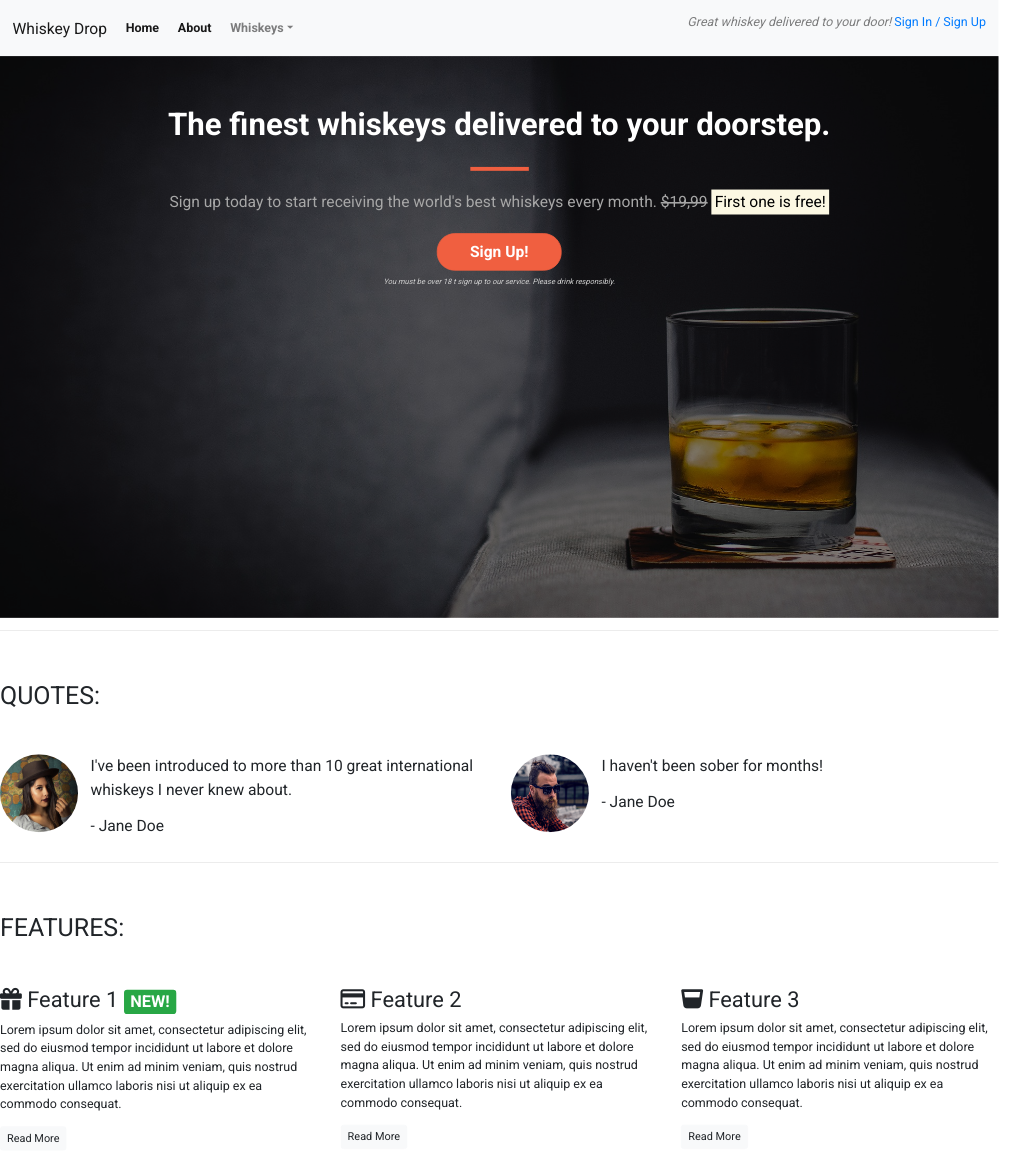
Repository: nitr-am/whiskey-project
Page: index.html
The author's editor kept a record of every edit. The page is drawn from the files as they stood at one moment, then again after the next edit.
The browser window is 1280 px wide. The page is 1295 px wide, so the pictures cover 1295 px, including what lies to the right of the window. The pictures show the whole page, at 78% of full size.
Backgrounds fixed to the window are drawn as part of the page. Some web libraries are served in a nearby version.

Above is the page before.

### index.html
<!DOCTYPE html>
<html lang="en-us">

<head>
    <meta charset="utf-8">
    <meta name="viewport" content="width=device-width, initial-scale=1.0">
    <title>Whiskey Drop | Taste a new whiskey every month</title>
    <link rel="stylesheet" href="https://maxcdn.bootstrapcdn.com/bootstrap/4.1.3/css/bootstrap.min.css">
    <script src="https://kit.fontawesome.com/079375249b.js"></script>
    <link href="https://fonts.googleapis.com/css?family=Roboto:400,700&display=swap" rel="stylesheet">
    <link rel="stylesheet" href="css/style.css" type="text/css" />
</head>

<body>
    <div class="container-fluid navalert-container">
    <nav class="navbar navbar-light bg-light navbar-expand-sm">
        <a href="#" class="navbar-brand">Whiskey Drop</a>

        <button class="navbar-toggler ml-auto" type="button" data-toggle="collapse" data-target="#navbarNavDropdown" aria-controls="navbarNavDropdown" aria-expanded="false" aria-label="Toggle navigation">
            <span class="navbar-toggler-icon"></span>
        </button>
        <div class="collapse navbar-collapse" id="navbarNavDropdown">
            <ul class="navbar-nav mr-auto">
                <li class="active nav-item mr-2"><a href="/" class="nav-link">Home</a></li>
                <li class="active nav-item mr-2"><a href="/about" class="nav-link">About</a></li>
                <li class="nav-item dropdown">
                    <a class="nav-link dropdown-toggle" href="#" id="navbarDropdownMenuLink" role="button" data-toggle="dropdown" aria-haspopup="true" aria-expanded="false">Whiskeys</a>

                    <div class="dropdown-menu" aria-labelledby="navbarDropdownMenuLink">
                        <a class="dropdown-item" href="#">Irish</a>
                        <a class="dropdown-item" href="#">Scotch</a>
                        <a class="dropdown-item" href="#">Japanese</a>
                        <a class="dropdown-item" href="#">American</a>
                    </div>
                </li>
                <li class="active nav-item mr-2 d-block d-sm-none"><a href="/login" class="nav-link">Sign In / Sign Up</a></li>
            </ul>
        </div>
        <div class="d-none d-md-block">
            <p class="navbar-text my_auto -mr-2"><i>Great whiskey delivered to your door!</i></p>
            <a href="/login">Sign In / Sign Up</a>
        </div>
    </nav>


    <!--
   <div class="container alert-container">
        <div class="row d-none d-sm-block">
            <div class="col-12">
                <div class="alert alert-warning"><strong>Sale Now On!</strong> We've got a sale on. Get a 12-month subscription for the price of 6! <a href="#">See here for details!</a>
                </div>
            </div>
        </div>
    </div>
    -->


    <!-- Callout -->
    <div class="container-fluid callout-container">
        <div class="opaque-overlay">
            <div class="row">
                <div class="col-12">
                    <section class="callout jumbotron text-center">
                        <h1 class="jumbotron-header">The finest whiskeys delivered to your doorstep.</h1>
                        <hr class="block-divider block-divider--orange">
                        <p class="lead">Sign up today to start receiving the world's best whiskeys every month.
                            <s class="d-none d-sm-inline">$19,99</s>
                            <span class="d-inline d-sm-none"><br></span>
                            <strong><mark>First one is free!</mark></strong></p>
                        <button class="btn btn-lg btn--cta btn--red" data-toggle="modal" data-target="#signUpModal">Sign Up!</button>
                        <p class="text-muted "><small>You must be over 18 t sign up to our service. Please drink responsibly.</small></p>
                    </section>
                </div>
            </div>
        </div>
    </div>
    <!-- /.callout -->
    <hr>


    <!-- Quotes -->
    <div class="quotes-container">
        <section class="quotes ">
            <div class="row ">
                <div class="col-12 my-5">
                    <h2 class="text-uppercase">Quotes:</h2>
                </div>
            </div>
            <div class="row ">
                <div class="col-12 col-md-6">
                    <div class="media">
                        <div class="d-none d-sm-block">
                            <img src="images/girl-image.png" class="rounded-circle mr-3" height=100 width=100>
                        </div>
                        <div class="media-body">
                            <blockquote class="blockquote ">
                                <p>I've been introduced to more than 10 great international whiskeys I never knew about.</p>
                                <p>- Jane Doe</p>
                            </blockquote>
                        </div>
                    </div>
                </div>
                <div class="col-12 col-md-6 ">
                    <div class="media">
                        <div class="d-none d-sm-block">
                            <img src="images/guy-image.png" class="rounded-circle mr-3" height=100 width=100>
                        </div>
                        <div class="media-body">
                            <blockquote class="blockquote ">
                                <p>I haven't been sober for months!</p>
                                <p>- Jane Doe</p>
                            </blockquote>
                        </div>
                    </div>
                </div>
        </section>
        </div>
        <!-- /.quotes -->
        <hr>


        <!-- Features -->
        <div class="features-container">
            <section class="features ">
                <div class="row ">
                    <div class="col-12 my-5">
                        <h2 class="text-uppercase ">Features:</h2>
                    </div>
                </div>
                <div class="row ">
                    <div class="col-12 col-md-6 col-lg-4 ">
                        <div class="feature ">
                            <h3><i class="fas fa-gift d-none d-sm-inline"></i> Feature 1 <span class="badge badge-success">NEW!</span></h3>
                            <p>Lorem ipsum dolor sit amet, consectetur adipiscing elit, sed do eiusmod tempor incididunt ut labore et dolore magna aliqua. Ut enim ad minim veniam, quis nostrud exercitation ullamco laboris nisi ut aliquip ex ea commodo consequat.
                            </p>
                            <p><a class="btn btn-sm btn-light " href=" ">Read More</a></p>
                        </div>
                    </div>
                    <div class="col-12 col-md-6 col-lg-4 ">
                        <div class="feature ">
                            <h3><i class="far fa-credit-card d-none d-sm-inline"></i> Feature 2</h3>
                            <p>Lorem ipsum dolor sit amet, consectetur adipiscing elit, sed do eiusmod tempor incididunt ut labore et dolore magna aliqua. Ut enim ad minim veniam, quis nostrud exercitation ullamco laboris nisi ut aliquip ex ea commodo consequat.
                            </p>
                            <p><a class="btn btn-sm btn-light " href=" ">Read More</a></p>
                        </div>
                    </div>
                    <div class="col-12 d-md-none d-lg-block col-lg-4 ">
                        <div class="feature ">
                            <h3><i class="fas fa-glass-whiskey d-none d-sm-inline"></i> Feature 3</h3>
                            <p>Lorem ipsum dolor sit amet, consectetur adipiscing elit, sed do eiusmod tempor incididunt ut labore et dolore magna aliqua. Ut enim ad minim veniam, quis nostrud exercitation ullamco laboris nisi ut aliquip ex ea commodo consequat.
                            </p>
                            <p><a class="btn btn-sm btn-light " href=" ">Read More</a></p>
                        </div>
                    </div>
                </div>
            </section>
        </div>
        <!-- /.features -->

        <div class="modal" tabindex="-1" role="dialog" id="signUpModal">
            <div class="modal-dialog" role="document">
                <div class="modal-content">
                    <div class="modal-header">
                        <h5 class="modal-title">Sign Up To Whiskey Drop!</h5>
                        <button type="button" class="close" data-dismiss="modal" aria-label="Close">
          <span aria-hidden="true">&times;</span>
        </button>
                    </div>
                    <div class="modal-body">
                        <p>
                            <form>
                                <div class="form-group">
                                    <label for="exampleInputEmail1">Email address</label>
                                    <input type="email" class="form-control" id="exampleInputEmail1" aria-describedby="emailHelp" placeholder="Enter email">
                                    <small id="emailHelp" class="form-text text-muted">We'll never share your email with anyone else.</small>
                                </div>
                                <div class="form-group">
                                    <label for="password">Password</label>
                                    <input type="password" class="form-control" id="password" placeholder="Password">
                                </div>
                                <div class="form-group">
                                    <label for="repeatPassword"> Repeat Password</label>
                                    <input type="password" class="form-control" id="repeatPassword" placeholder="Repeat Password">
                                </div>

                                <button type="submit" class="btn btn-success">Submit</button>
                            </form>
                        </p>
                    </div>
                </div>
            </div>
        </div>


        <script src="https://code.jquery.com/jquery-3.3.1.slim.min.js" integrity="sha384-q8i/X+965DzO0rT7abK41JStQIAqVgRVzpbzo5smXKp4YfRvH+8abtTE1Pi6jizo" crossorigin="anonymous"></script>
        <script src="https://cdnjs.cloudflare.com/ajax/libs/popper.js/1.14.7/umd/popper.min.js" integrity="sha384-UO2eT0CpHqdSJQ6hJty5KVphtPhzWj9WO1clHTMGa3JDZwrnQq4sF86dIHNDz0W1" crossorigin="anonymous"></script>
        <script src="https://stackpath.bootstrapcdn.com/bootstrap/4.3.1/js/bootstrap.min.js" integrity="sha384-JjSmVgyd0p3pXB1rRibZUAYoIIy6OrQ6VrjIEaFf/nJGzIxFDsf4x0xIM+B07jRM" crossorigin="anonymous"></script>
</body>

</html>

### css/style.css
body {
    font-family: "Roboto", sans-serif;
}

.callout-container {
    height: 100vh;

    background: url("../images/whiskey-background.jpg") no-repeat bottom right fixed;
    -webkit-background-size: cover;
    -moz-background-size: cover;
    -o-background-size: cover;
    background-size: cover;

    display: flex;
    align-items: center;
    justify-content: center;

    position:relative;
}

.opaque-overlay {
    position: absolute;
    top: 0;
    left: 0;
    height: 100%;
    width: 100%;
    background-color: rgba(0, 0, 0, 0.5);
}

.quotes-container {}

.features-container {}

/* Block dividers */

.block-divider {
    width:75px;
    height:5px;
    border:0;
    background-color:#444;
}

.block-divider--orange {
    background-color: #f05f40;
}

.block-divider--short {
    width: 35px;
}

/* Navbar */

.navalert-container {
    position: absolute;
    top: 0;
    left: 0;
    z-index: 1;
    padding-left: 0;
    padding-right: 0;
}

.navbar {
    margin-bottom: 0;
    width: 100%;
    background-color: rgba(0, 0, 0, .25);
    border: 0;
}

.navbar .navbar-toggler {
    border:0;
}

.navbar-dark .navbar-brand {
    font-weight: bold;
}

.navbar .navbar-nav a {
    font-weight: bold;
}

.alert-container .col-12 {
    padding-left: 0;
    padding-right: 0;
}

.site-wide-alert {
    color: #544600;
    padding: 5px 15px;
    margin-bottom: 0;
    border: 1px solid transparent;
    border-radius: 0;
    background-color: #eec802;
    border-color: #eec802;
}

/* Jumbotrons */

.jumbotron {
    background-color: transparent;
}

.jumbotron h1 {
    color:white;
    font-weight: bold;
    margin-bottom: 30px;
}
.jumbotron .lead {
    margin:25px 0;
    color: #a7a7a7;
}
.jumbotron small {
    font-size:60%;
    font-style: italic;
    color: #d0d0d0;
}

/* Buttons */

.btn--cta {
    font-weight: bold;
    border-radius:23px;
    width:160px;
}
.btn--red {
    color:white;
    background-color: #f05f40;
    border-color:#f05f40;
}

.btn--red:hover,
.btn--red:active,
.btn--red:focus,
.btn--red:active:focus {
    background-color: #df4929;
    border-color: #df4929;
    color: white;
}

After the next edit:
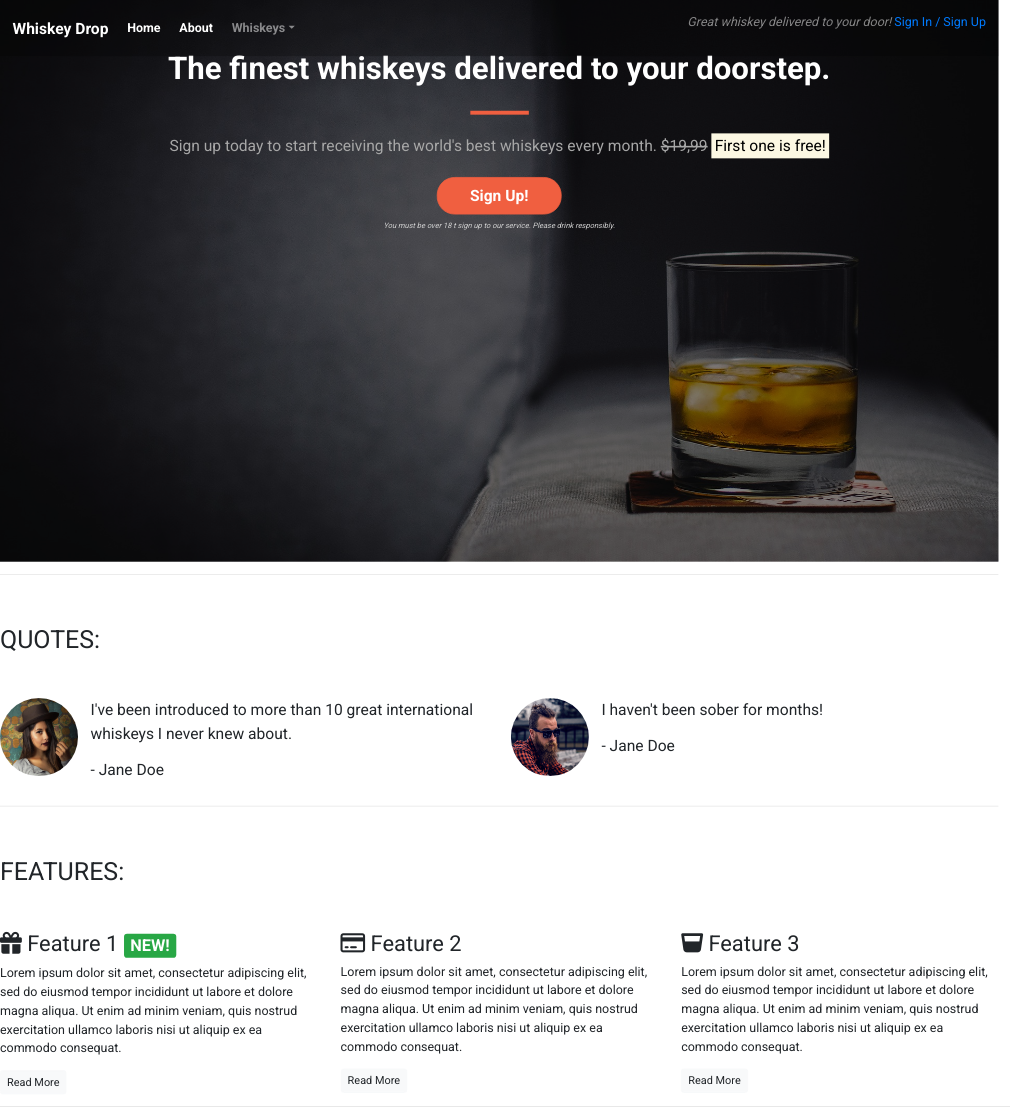
The edit:
--- a/index.html
+++ b/index.html
@@ -13,34 +13,35 @@
 
 <body>
     <div class="container-fluid navalert-container">
-    <nav class="navbar navbar-light bg-light navbar-expand-sm">
-        <a href="#" class="navbar-brand">Whiskey Drop</a>
-
-        <button class="navbar-toggler ml-auto" type="button" data-toggle="collapse" data-target="#navbarNavDropdown" aria-controls="navbarNavDropdown" aria-expanded="false" aria-label="Toggle navigation">
+        <nav class="navbar navbar-dark navbar-expand-sm">
+            <a href="#" class="navbar-brand">Whiskey Drop</a>
+
+            <button class="navbar-toggler ml-auto" type="button" data-toggle="collapse" data-target="#navbarNavDropdown" aria-controls="navbarNavDropdown" aria-expanded="false" aria-label="Toggle navigation">
             <span class="navbar-toggler-icon"></span>
         </button>
-        <div class="collapse navbar-collapse" id="navbarNavDropdown">
-            <ul class="navbar-nav mr-auto">
-                <li class="active nav-item mr-2"><a href="/" class="nav-link">Home</a></li>
-                <li class="active nav-item mr-2"><a href="/about" class="nav-link">About</a></li>
-                <li class="nav-item dropdown">
-                    <a class="nav-link dropdown-toggle" href="#" id="navbarDropdownMenuLink" role="button" data-toggle="dropdown" aria-haspopup="true" aria-expanded="false">Whiskeys</a>
-
-                    <div class="dropdown-menu" aria-labelledby="navbarDropdownMenuLink">
-                        <a class="dropdown-item" href="#">Irish</a>
-                        <a class="dropdown-item" href="#">Scotch</a>
-                        <a class="dropdown-item" href="#">Japanese</a>
-                        <a class="dropdown-item" href="#">American</a>
-                    </div>
-                </li>
-                <li class="active nav-item mr-2 d-block d-sm-none"><a href="/login" class="nav-link">Sign In / Sign Up</a></li>
-            </ul>
-        </div>
-        <div class="d-none d-md-block">
-            <p class="navbar-text my_auto -mr-2"><i>Great whiskey delivered to your door!</i></p>
-            <a href="/login">Sign In / Sign Up</a>
-        </div>
-    </nav>
+            <div class="collapse navbar-collapse" id="navbarNavDropdown">
+                <ul class="navbar-nav mr-auto">
+                    <li class="active nav-item mr-2"><a href="/" class="nav-link">Home</a></li>
+                    <li class="active nav-item mr-2"><a href="/about" class="nav-link">About</a></li>
+                    <li class="nav-item dropdown">
+                        <a class="nav-link dropdown-toggle" href="#" id="navbarDropdownMenuLink" role="button" data-toggle="dropdown" aria-haspopup="true" aria-expanded="false">Whiskeys</a>
+
+                        <div class="dropdown-menu" aria-labelledby="navbarDropdownMenuLink">
+                            <a class="dropdown-item" href="#">Irish</a>
+                            <a class="dropdown-item" href="#">Scotch</a>
+                            <a class="dropdown-item" href="#">Japanese</a>
+                            <a class="dropdown-item" href="#">American</a>
+                        </div>
+                    </li>
+                    <li class="active nav-item mr-2 d-block d-sm-none"><a href="/login" class="nav-link">Sign In / Sign Up</a></li>
+                </ul>
+            </div>
+            <div class="d-none d-md-block">
+                <p class="navbar-text my_auto -mr-2"><i>Great whiskey delivered to your door!</i></p>
+                <a href="/login">Sign In / Sign Up</a>
+            </div>
+        </nav>
+    </div>
 
 
     <!--
